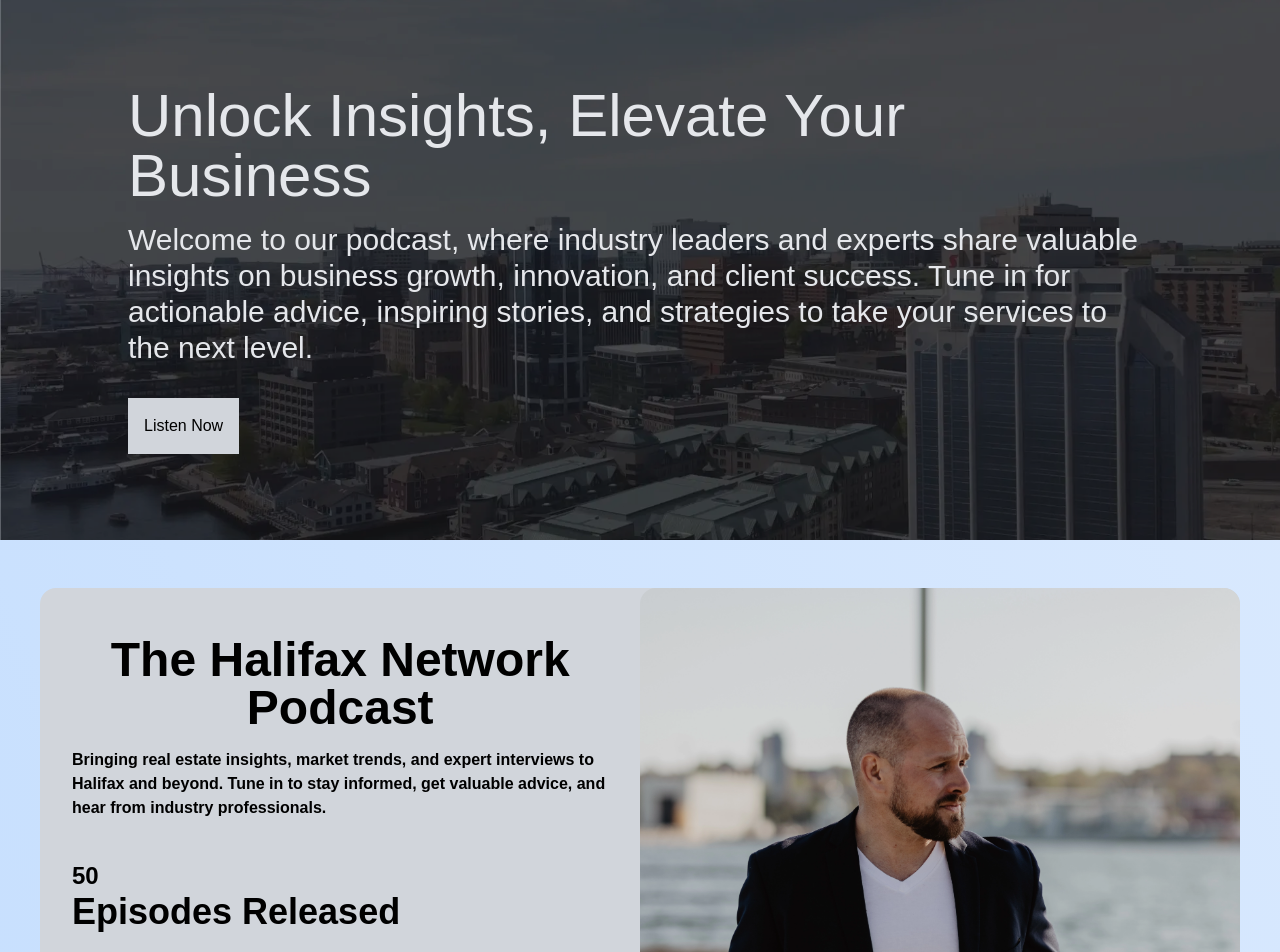
Repository: TMuse333/Chris-crowell
Page: /podcast (app in frontend/)
An editor plug-in stored every save of this project. The page is shown before and after a run of saves, followed by the edit.
The browser window is 1280 px wide. The pictures show the part of the page from y = 0 to 952 px (the page is 2692 px tall before and 2808 px after).
The project was rebuilt for these pictures with package versions that can differ from the ones it lists, and the page was loaded fresh each time. The framework's server and built-in components were replaced by stand-ins that run in the browser. Also part of the build but not shown: frontend/next.config.ts.

Above is the page before, as saved 2025-02-18 12:31:08.

After the next 8 saves:
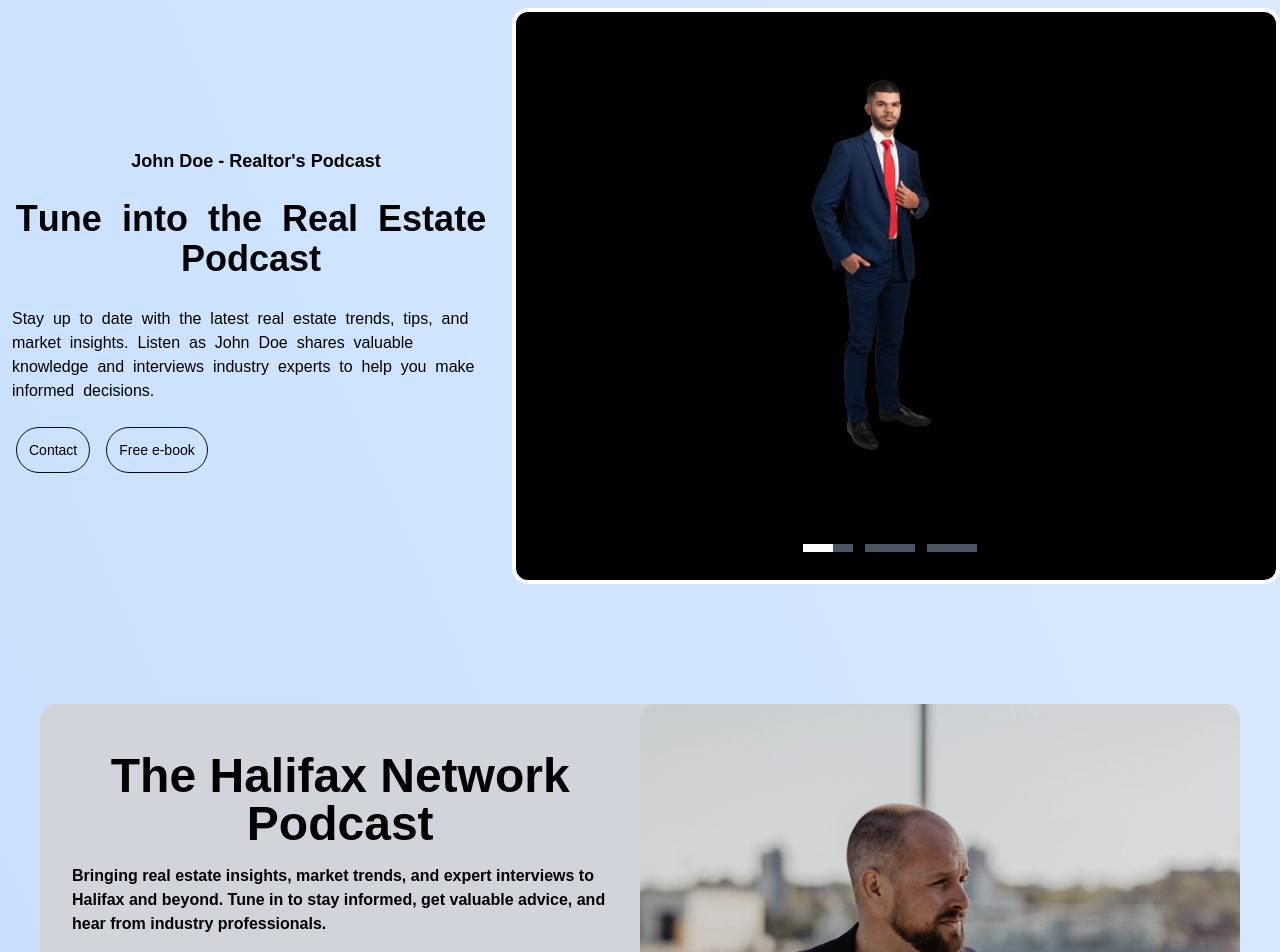
The 8 saves are shown as one change because 4 did not build or start and some came seconds apart.
The last was saved 26 min 9 s later.
--- a/frontend/src/pageComponents/podcastPage.tsx
+++ b/frontend/src/pageComponents/podcastPage.tsx
@@ -4,9 +4,10 @@ import Carousel from "@/components/carousels/carousel/carousel";
 import BgText from "@/components/contentPieces/bgText/bgText";
 import CountUpImageText from "@/components/contentPieces/countUpImageText/countUpImageText";
 import ExperienceCard from "@/components/contentPieces/experienceCard/experienceCard";
+import CarouselHero from "@/components/herobanners/carouselHero/carouselHero";
 import ServiceHerobanner from "@/components/herobanners/serviceHerobanner/serviceHerobanner";
 import PodcastSocialLinks from "@/components/podcast/podcastSocialLinks";
-import { podcastCarousel, podcastCountup, podcastExperienceCard, podcastHerobanner, podcastText } from "@/data/podcastData";
+import { podcastCarousel, podcastCarouselHero, podcastCountup, podcastExperienceCard, podcastHerobanner, podcastText } from "@/data/podcastData";
 import React from "react";
 
 
@@ -15,9 +16,13 @@ const PodcastPage = () => {
 
     return (
         <main className="w-screen bg-gradient-to-tr from-blue-200 to-blue-100">
-            <ServiceHerobanner
+            {/* <ServiceHerobanner
             {...podcastHerobanner}
            alt=""
+            /> */}
+
+            <CarouselHero
+            {...podcastCarouselHero}
             />
             <CountUpImageText
             {...podcastCountup}
--- a/frontend/src/data/podcastData.ts
+++ b/frontend/src/data/podcastData.ts
@@ -6,6 +6,13 @@ export const podcastHerobanner = {
   destination: '/podcast'
 };
 
+export const podcastCarouselHero = {
+  mainHeader: "Tune into the Real Estate Podcast",
+  titleText: "John Doe - Realtor's Podcast",
+  descriptionText:
+    "Stay up to date with the latest real estate trends, tips, and market insights. Listen as John Doe shares valuable knowledge and interviews industry experts to help you make informed decisions.",
+  buttonText: "Listen Now",
+};
 
 
 export const podcastCountup = {
